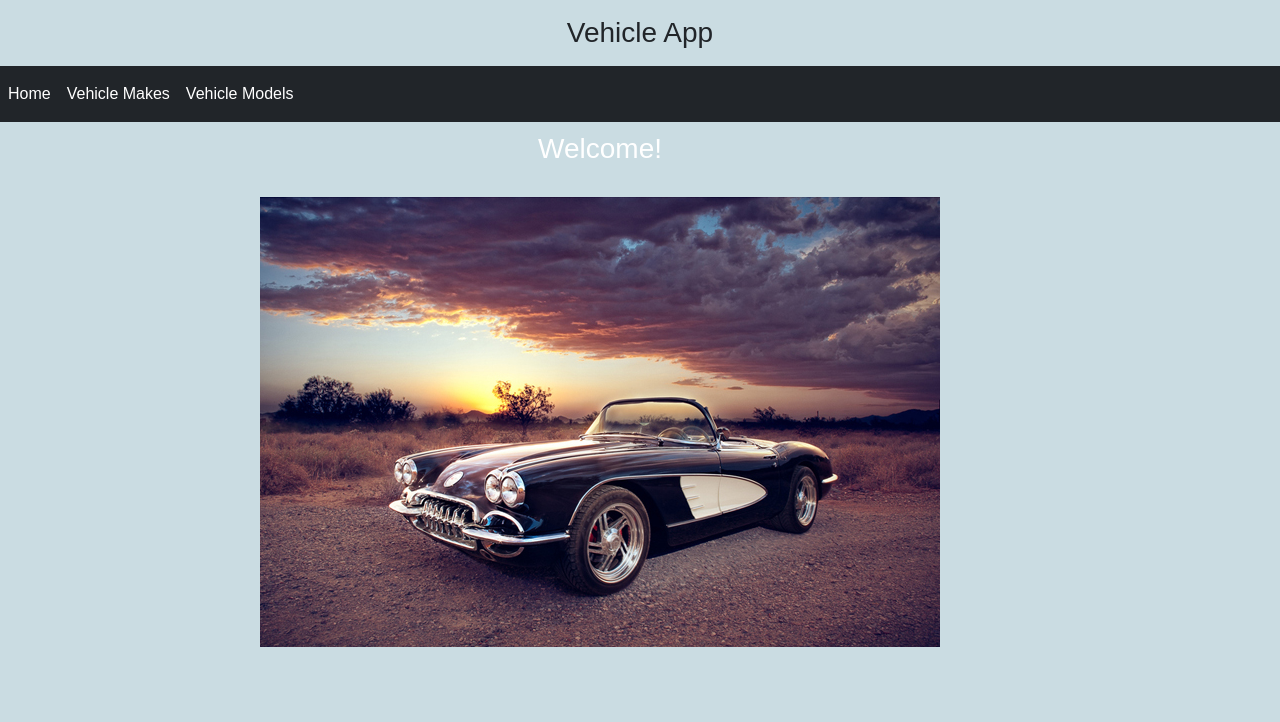
Repository: magdalenarajic/VehicleFrontend
Page: /
An editor plug-in stored every save of this project. The page is shown before and after the next save, followed by the edit.
The browser window is 1280 px wide. The pictures show the whole page.
The project was rebuilt for these pictures with package versions that can differ from the ones it lists, and the page was loaded fresh each time. Also part of the build but not shown: src/services/makeService.js, src/stores/makeStore.js, src/components/VehicleMake.js, src/services/modelService.js, src/stores/modelStore.js, src/components/VehicleModel.js.

Above is the page before, as saved 2023-03-10 12:16:19.

### public/index.html
<!DOCTYPE html>
<html lang="en">
  <head>
    <meta charset="utf-8" />
    <link rel="icon" href="%PUBLIC_URL%/favicon.ico" />
    <meta name="viewport" content="width=device-width, initial-scale=1" />
    <meta name="theme-color" content="#000000" />
    <meta
      name="description"
      content="Web site created using create-react-app"
    />
    <link rel="apple-touch-icon" href="%PUBLIC_URL%/logo192.png" />
    <!--
      manifest.json provides metadata used when your web app is installed on a
      user's mobile device or desktop. See https://developers.google.com/web/fundamentals/web-app-manifest/
    -->
    <link rel="manifest" href="%PUBLIC_URL%/manifest.json" />
    <!--
      Notice the use of %PUBLIC_URL% in the tags above.
      It will be replaced with the URL of the `public` folder during the build.
      Only files inside the `public` folder can be referenced from the HTML.

      Unlike "/favicon.ico" or "favicon.ico", "%PUBLIC_URL%/favicon.ico" will
      work correctly both with client-side routing and a non-root public URL.
      Learn how to configure a non-root public URL by running `npm run build`.
    -->
    <link
  rel="stylesheet"
  href="https://cdn.jsdelivr.net/npm/bootstrap@5.2.3/dist/css/bootstrap.min.css"
  integrity="sha384-rbsA2VBKQhggwzxH7pPCaAqO46MgnOM80zW1RWuH61DGLwZJEdK2Kadq2F9CUG65"
  crossorigin="anonymous"
/>
    <title>React App</title>
  </head>
  <body>
    <noscript>You need to enable JavaScript to run this app.</noscript>
    <div id="root"></div>
    <!--
      This HTML file is a template.
      If you open it directly in the browser, you will see an empty page.

      You can add webfonts, meta tags, or analytics to this file.
      The build step will place the bundled scripts into the <body> tag.

      To begin the development, run `npm start` or `yarn start`.
      To create a production bundle, use `npm run build` or `yarn build`.
    -->
  </body>
</html>

### src/index.css
body {
  background-color: rgb(202, 220, 226);
  font-family: -apple-system, BlinkMacSystemFont, 'Segoe UI', 'Roboto', 'Oxygen',
    'Ubuntu', 'Cantarell', 'Fira Sans', 'Droid Sans', 'Helvetica Neue',
    sans-serif;
}

code {
  font-family: source-code-pro, Menlo, Monaco, Consolas, 'Courier New',
    monospace;
}

### src/App.js
import './App.css';
import { Home } from './components/Home';
import VehicleMake  from './components/VehicleMake';
import {Navigation} from './components/Navigation';
import VehicleModel from './components/VehicleModel';

import {BrowserRouter, Route, Routes} from 'react-router-dom';

function App() {
  return (
    <BrowserRouter>
    <div >
    <header>
      <h3 className="m-3 d-flex justify-content-center">
        Vehicle App
      </h3>
      </header>
      <div>
      <Navigation/>
       <Routes>
        <Route path='/' element={<Home/>} />
        <Route path='/Makes' element={<VehicleMake/>} />
        <Route path='/Models' element={<VehicleModel/>} />
       </Routes>
    </div>
    </div>
    </BrowserRouter>
  );
}

export default App;

### src/App.css
.App {
  text-align: center;
}
body {
  font-family: Arial;
}

### src/components/Home.js
import React, {Component} from 'react';
import image from '../img/photo4.jpg';
import { Container } from 'react-bootstrap';

export class Home extends Component{

    render(){
      const styleH = {
        color: "white",
        padding: "10px",
        fontFamily: "Arial",
        textAlign: "center"
      };
      const styleImage = {
        backgroundImage:`url(${image})` ,
        backgroundRepeat:"no-repeat",
        backgroundPosition: "center",
       height:600,width:1200
      }
          return(
            <div style={styleImage}>
                <h3 style={styleH}>
        Welcome!
      </h3>
            </div>
          )
    }
}

### src/components/Navigation.js
import React, { Component } from "react";
import { Navbar, Nav } from "react-bootstrap";

export class Navigation extends Component {
  render() {
    return (
      <Navbar bg="dark" variant="dark">
        <Nav variant="pills" >
          <Nav.Link className="d-inline p-2 text-white " href="/">
            Home
          </Nav.Link>
          <Nav.Link className="d-inline p-2 text-white" href="/makes">
            Vehicle Makes
          </Nav.Link>
          <Nav.Link className="d-inline p-2 text-white" href="/models">
            Vehicle Models
          </Nav.Link>
        </Nav>
      </Navbar>
    );
  }
}

Loaded but not shown: src/index.js (common file); src/reportWebVitals.js (common file)

After the next save:
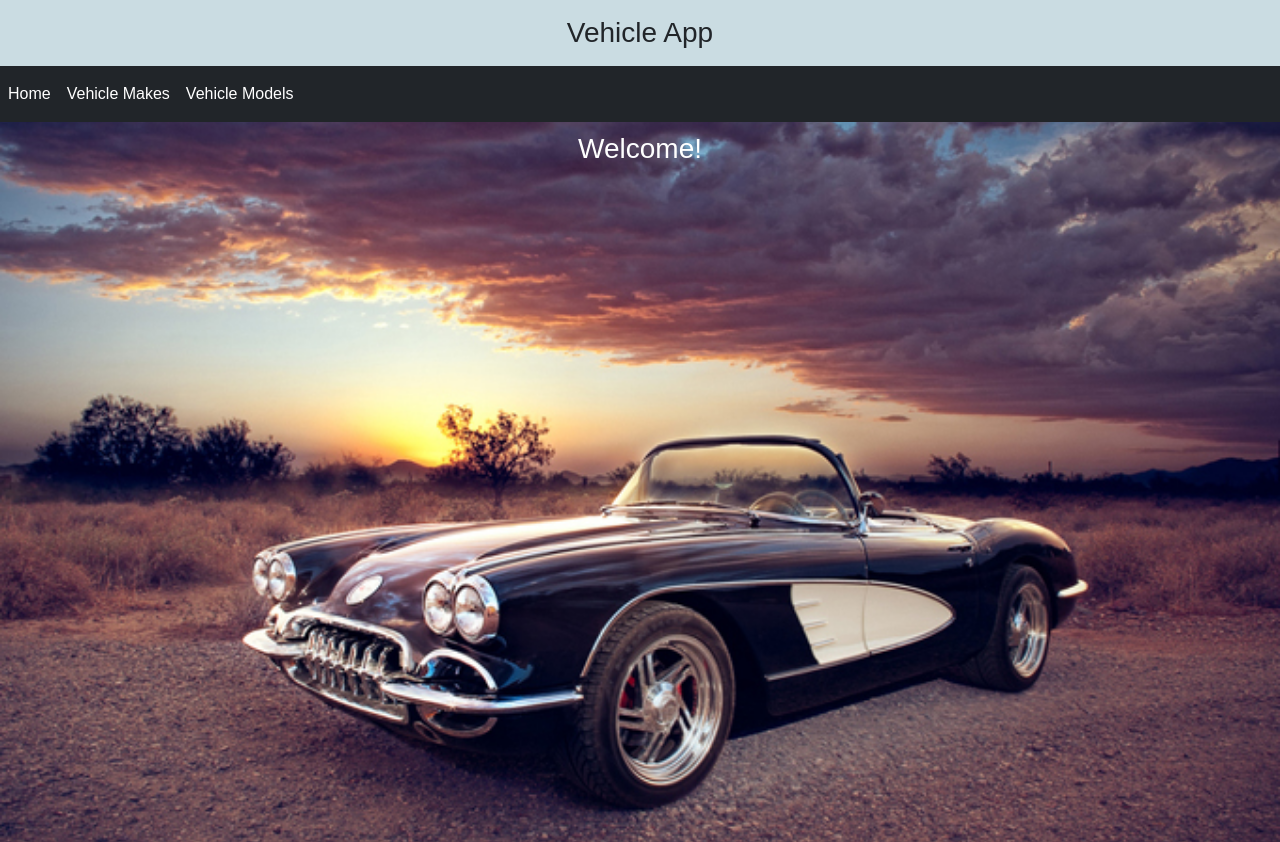
Saved 2 min 37 s later.
--- a/src/components/Home.js
+++ b/src/components/Home.js
@@ -13,9 +13,11 @@ export class Home extends Component{
       };
       const styleImage = {
         backgroundImage:`url(${image})` ,
-        backgroundRepeat:"no-repeat",
-        backgroundPosition: "center",
-       height:600,width:1200
+        backgroundPosition: 'center',
+        backgroundSize: 'cover',
+        backgroundRepeat: 'no-repeat',
+        width: '100vw',
+        height: '100vh'
       }
           return(
             <div style={styleImage}>
